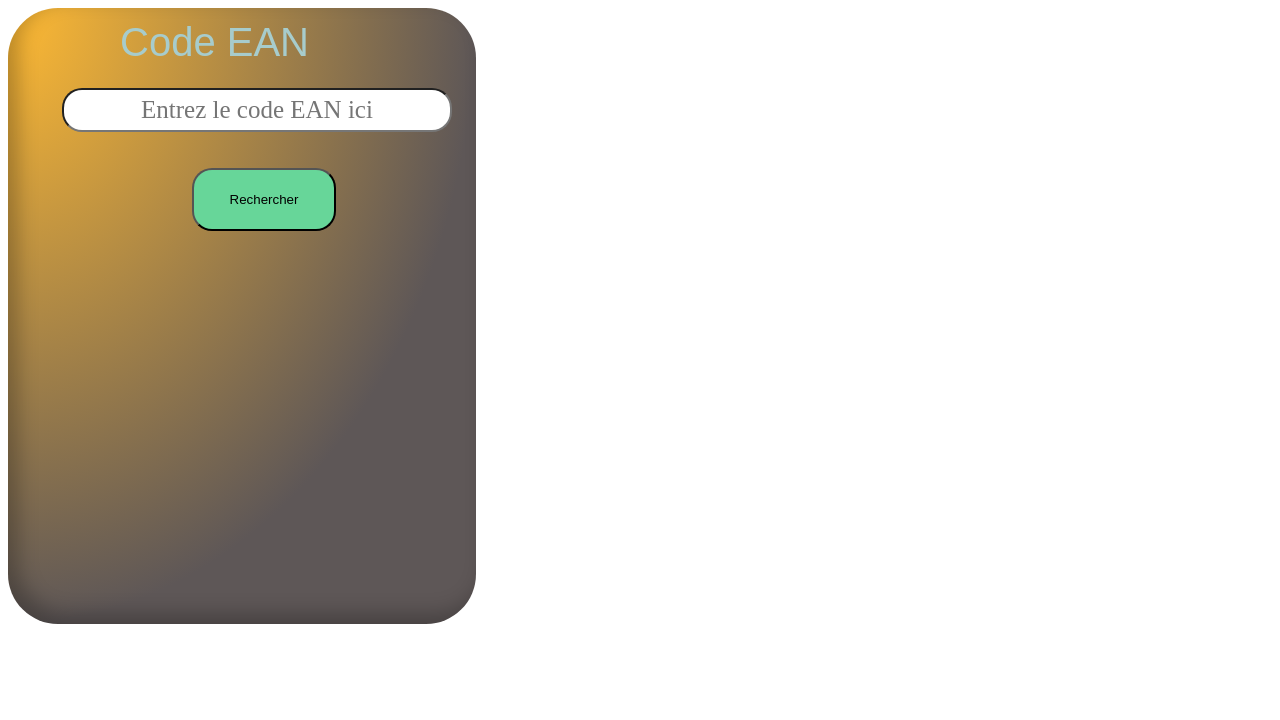
Repository: Zouz01/exo-toucan
Page: index.html
The author's editor kept a copy of each file at every save. The page is drawn from the files as they stood at one save, then again after the next save.
The browser window is 1280 px wide. The pictures show the whole page.

Above is the page before, as saved 2023-09-21 12:24:58.

After the next save:
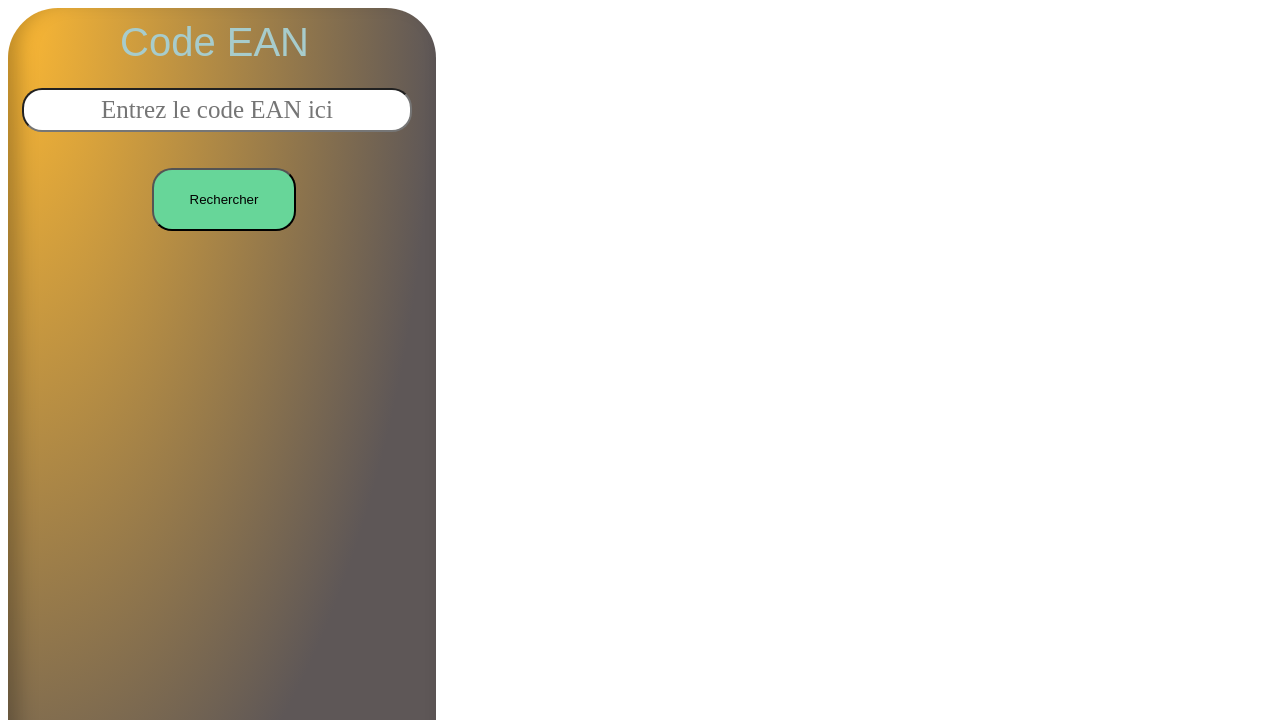
Saved 10 s later.
--- a/main.css
+++ b/main.css
@@ -16,11 +16,8 @@
     opacity: 1.8;
     box-shadow: inset 10px -10px 20px rgba(0, 0, 0, 0.25);
     border-radius: 50px;
-    overflow: auto; /* Ajout du débordement automatique si le contenu dépasse la hauteur du conteneur */
-    max-height: 80%; /* Définition d'une hauteur maximale pour le contenu */
-    padding: 20px; /* Ajout d'un espace interne pour le contenu */
+
 }
-
 
 /* position ecriture label*/
 label {

After the save that followed:
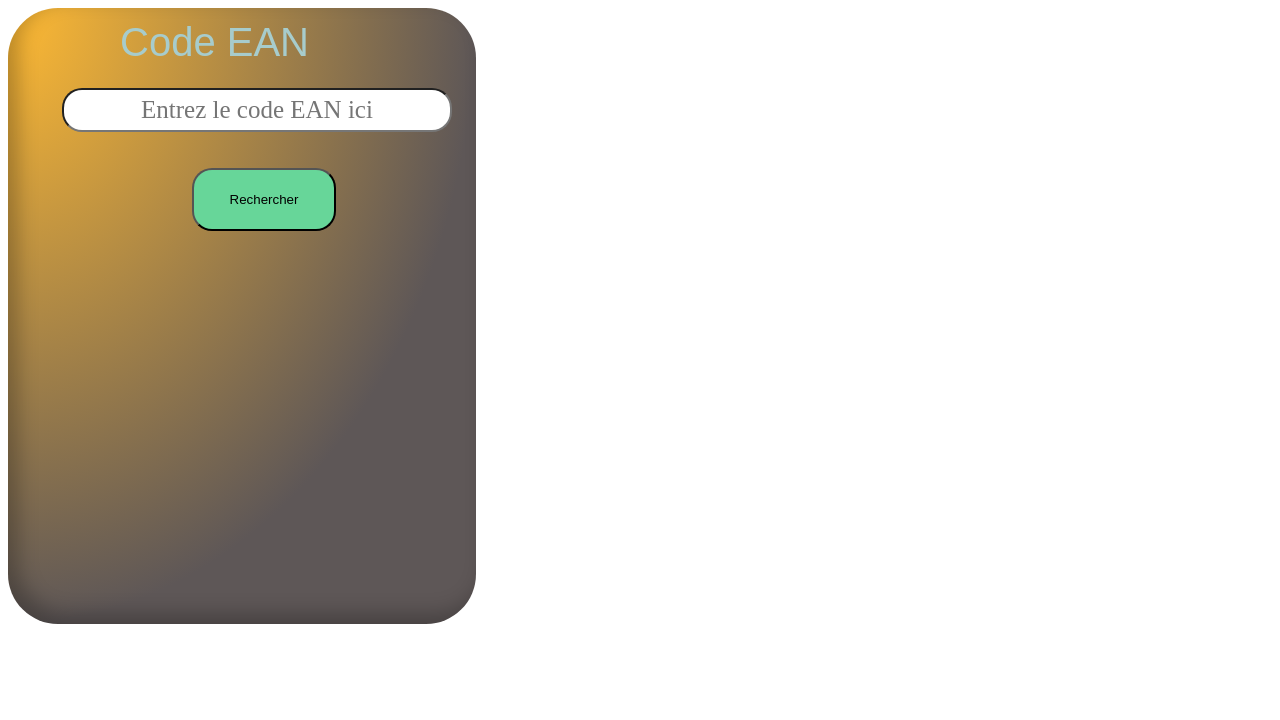
Saved 10 s later.
--- a/main.css
+++ b/main.css
@@ -16,8 +16,11 @@
     opacity: 1.8;
     box-shadow: inset 10px -10px 20px rgba(0, 0, 0, 0.25);
     border-radius: 50px;
+    overflow: auto; /* Ajout du débordement automatique si le contenu dépasse la hauteur du conteneur */
+    max-height: 80%; /* Définition d'une hauteur maximale pour le contenu */
+    padding: 20px; /* Ajout d'un espace interne pour le contenu */
+}
 
-}
 
 /* position ecriture label*/
 label {
